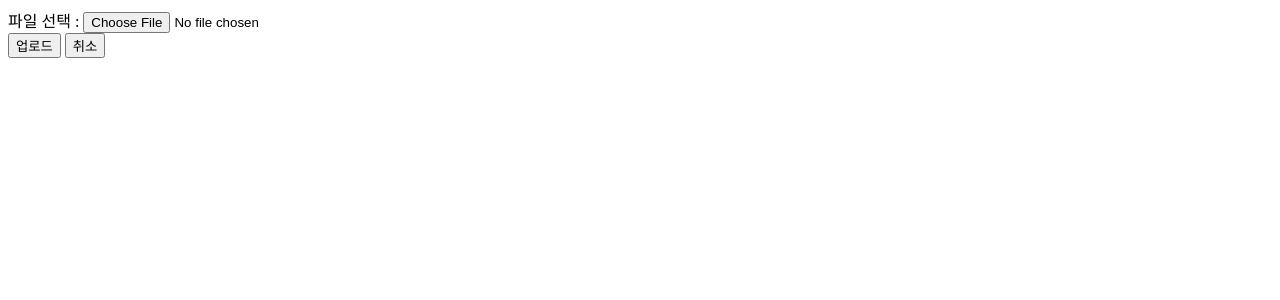
Repository: minimelody/servlet
Page: webworkspace2/web2/WebContent/views/file/upload.html
An editor plug-in stored every save of this project. The page is shown before and after the next save, followed by the edit.
The browser window is 1280 px wide. The pictures show the whole page.

Above is the page before, as saved 2018-05-31 02:09:48.

After the next save:
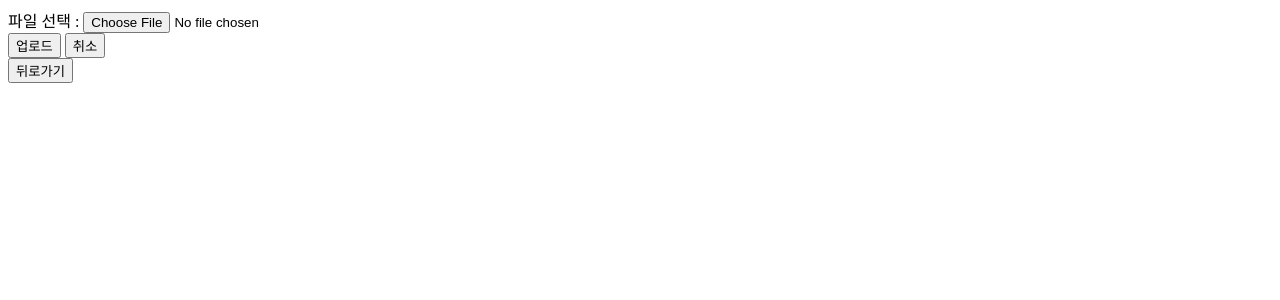
Saved 2 min 54 s later.
--- a/webworkspace2/web2/WebContent/views/file/upload.html
+++ b/webworkspace2/web2/WebContent/views/file/upload.html
@@ -10,5 +10,11 @@
 		<input type="submit" value="업로드">
 		<input type="reset" value="취소">
 	</form>
+	<button onclick="back();">뒤로가기</button>
+	<script>
+		function back(){
+			location.href="/index.jsp";
+		}
+	</script>
 </body>
 </html>
